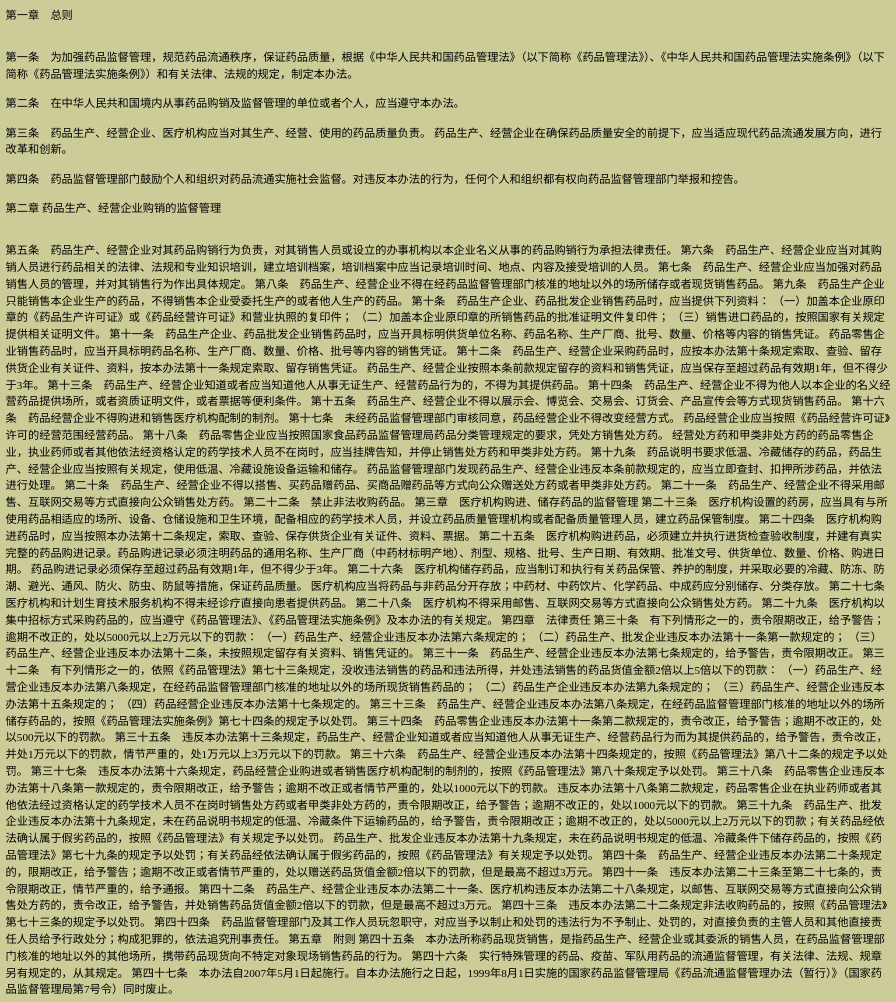
Repository: Shaoxubao/Java
Page: http://localhost/msm/jsp/rule/rules.jsp
The author's editor kept a copy of each file at every save. The page is drawn from the files as they stood at one save, then again after the next save.
The browser window is 1280 px wide. The pictures show the whole page, at 70% of full size.
The page is served by Tomcat 9. Nobody is signed in. The application's start-up code is not run. Other server files are loaded and not shown.

Above is the page before, as saved 2015-06-13 17:52:38.

### msm/WebContent/jsp/rule/rules.jsp
<%@ page language="java" contentType="text/html; charset=UTF-8"
    pageEncoding="UTF-8"%>
<!DOCTYPE html>
<html>
<head>
<meta http-equiv="Content-Type" content="text/html; charset=UTF-8">
<title>Insert title here</title>
</head>
<body bgcolor="#CCCC99">
第一章　总则<br><br><br>

第一条　为加强药品监督管理，规范药品流通秩序，保证药品质量，根据《中华人民共和国药品管理法》（以下简称《药品管理法》）、《中华人民共和国药品管理法实施条例》（以下简称《药品管理法实施条例》）和有关法律、法规的规定，制定本办法。<br><br>
第二条　在中华人民共和国境内从事药品购销及监督管理的单位或者个人，应当遵守本办法。<br><br>
第三条　药品生产、经营企业、医疗机构应当对其生产、经营、使用的药品质量负责。
药品生产、经营企业在确保药品质量安全的前提下，应当适应现代药品流通发展方向，进行改革和创新。<br><br>
第四条　药品监督管理部门鼓励个人和组织对药品流通实施社会监督。对违反本办法的行为，任何个人和组织都有权向药品监督管理部门举报和控告。<br><br>
第二章 药品生产、经营企业购销的监督管理<br><br><br>

第五条　药品生产、经营企业对其药品购销行为负责，对其销售人员或设立的办事机构以本企业名义从事的药品购销行为承担法律责任。
第六条　药品生产、经营企业应当对其购销人员进行药品相关的法律、法规和专业知识培训，建立培训档案，培训档案中应当记录培训时间、地点、内容及接受培训的人员。
第七条　药品生产、经营企业应当加强对药品销售人员的管理，并对其销售行为作出具体规定。
第八条　药品生产、经营企业不得在经药品监督管理部门核准的地址以外的场所储存或者现货销售药品。
第九条　药品生产企业只能销售本企业生产的药品，不得销售本企业受委托生产的或者他人生产的药品。
第十条　药品生产企业、药品批发企业销售药品时，应当提供下列资料：
（一）加盖本企业原印章的《药品生产许可证》或《药品经营许可证》和营业执照的复印件；
（二）加盖本企业原印章的所销售药品的批准证明文件复印件；
（三）销售进口药品的，按照国家有关规定提供相关证明文件。
第十一条　药品生产企业、药品批发企业销售药品时，应当开具标明供货单位名称、药品名称、生产厂商、批号、数量、价格等内容的销售凭证。
药品零售企业销售药品时，应当开具标明药品名称、生产厂商、数量、价格、批号等内容的销售凭证。
第十二条　药品生产、经营企业采购药品时，应按本办法第十条规定索取、查验、留存供货企业有关证件、资料，按本办法第十一条规定索取、留存销售凭证。
药品生产、经营企业按照本条前款规定留存的资料和销售凭证，应当保存至超过药品有效期1年，但不得少于3年。
第十三条　药品生产、经营企业知道或者应当知道他人从事无证生产、经营药品行为的，不得为其提供药品。
第十四条　药品生产、经营企业不得为他人以本企业的名义经营药品提供场所，或者资质证明文件，或者票据等便利条件。
第十五条　药品生产、经营企业不得以展示会、博览会、交易会、订货会、产品宣传会等方式现货销售药品。
第十六条　药品经营企业不得购进和销售医疗机构配制的制剂。
第十七条　未经药品监督管理部门审核同意，药品经营企业不得改变经营方式。
药品经营企业应当按照《药品经营许可证》许可的经营范围经营药品。
第十八条　药品零售企业应当按照国家食品药品监督管理局药品分类管理规定的要求，凭处方销售处方药。
经营处方药和甲类非处方药的药品零售企业，执业药师或者其他依法经资格认定的药学技术人员不在岗时，应当挂牌告知，并停止销售处方药和甲类非处方药。
第十九条　药品说明书要求低温、冷藏储存的药品，药品生产、经营企业应当按照有关规定，使用低温、冷藏设施设备运输和储存。
药品监督管理部门发现药品生产、经营企业违反本条前款规定的，应当立即查封、扣押所涉药品，并依法进行处理。
第二十条　药品生产、经营企业不得以搭售、买药品赠药品、买商品赠药品等方式向公众赠送处方药或者甲类非处方药。
第二十一条　药品生产、经营企业不得采用邮售、互联网交易等方式直接向公众销售处方药。
第二十二条　禁止非法收购药品。
第三章　医疗机构购进、储存药品的监督管理

第二十三条　医疗机构设置的药房，应当具有与所使用药品相适应的场所、设备、仓储设施和卫生环境，配备相应的药学技术人员，并设立药品质量管理机构或者配备质量管理人员，建立药品保管制度。
第二十四条　医疗机构购进药品时，应当按照本办法第十二条规定，索取、查验、保存供货企业有关证件、资料、票据。
第二十五条　医疗机构购进药品，必须建立并执行进货检查验收制度，并建有真实完整的药品购进记录。药品购进记录必须注明药品的通用名称、生产厂商（中药材标明产地）、剂型、规格、批号、生产日期、有效期、批准文号、供货单位、数量、价格、购进日期。
药品购进记录必须保存至超过药品有效期1年，但不得少于3年。
第二十六条　医疗机构储存药品，应当制订和执行有关药品保管、养护的制度，并采取必要的冷藏、防冻、防潮、避光、通风、防火、防虫、防鼠等措施，保证药品质量。
医疗机构应当将药品与非药品分开存放；中药材、中药饮片、化学药品、中成药应分别储存、分类存放。
第二十七条　医疗机构和计划生育技术服务机构不得未经诊疗直接向患者提供药品。
第二十八条　医疗机构不得采用邮售、互联网交易等方式直接向公众销售处方药。
第二十九条　医疗机构以集中招标方式采购药品的，应当遵守《药品管理法》、《药品管理法实施条例》及本办法的有关规定。
第四章　法律责任

第三十条　有下列情形之一的，责令限期改正，给予警告；逾期不改正的，处以5000元以上2万元以下的罚款：
（一）药品生产、经营企业违反本办法第六条规定的；
（二）药品生产、批发企业违反本办法第十一条第一款规定的；
（三）药品生产、经营企业违反本办法第十二条，未按照规定留存有关资料、销售凭证的。
第三十一条　药品生产、经营企业违反本办法第七条规定的，给予警告，责令限期改正。
第三十二条　有下列情形之一的，依照《药品管理法》第七十三条规定，没收违法销售的药品和违法所得，并处违法销售的药品货值金额2倍以上5倍以下的罚款：
（一）药品生产、经营企业违反本办法第八条规定，在经药品监督管理部门核准的地址以外的场所现货销售药品的；
（二）药品生产企业违反本办法第九条规定的；
（三）药品生产、经营企业违反本办法第十五条规定的；
（四）药品经营企业违反本办法第十七条规定的。
第三十三条　药品生产、经营企业违反本办法第八条规定，在经药品监督管理部门核准的地址以外的场所储存药品的，按照《药品管理法实施条例》第七十四条的规定予以处罚。
第三十四条　药品零售企业违反本办法第十一条第二款规定的，责令改正，给予警告；逾期不改正的，处以500元以下的罚款。
第三十五条　违反本办法第十三条规定，药品生产、经营企业知道或者应当知道他人从事无证生产、经营药品行为而为其提供药品的，给予警告，责令改正，并处1万元以下的罚款，情节严重的，处1万元以上3万元以下的罚款。
第三十六条　药品生产、经营企业违反本办法第十四条规定的，按照《药品管理法》第八十二条的规定予以处罚。
第三十七条　违反本办法第十六条规定，药品经营企业购进或者销售医疗机构配制的制剂的，按照《药品管理法》第八十条规定予以处罚。
第三十八条　药品零售企业违反本办法第十八条第一款规定的，责令限期改正，给予警告；逾期不改正或者情节严重的，处以1000元以下的罚款。
违反本办法第十八条第二款规定，药品零售企业在执业药师或者其他依法经过资格认定的药学技术人员不在岗时销售处方药或者甲类非处方药的，责令限期改正，给予警告；逾期不改正的，处以1000元以下的罚款。
第三十九条　药品生产、批发企业违反本办法第十九条规定，未在药品说明书规定的低温、冷藏条件下运输药品的，给予警告，责令限期改正；逾期不改正的，处以5000元以上2万元以下的罚款；有关药品经依法确认属于假劣药品的，按照《药品管理法》有关规定予以处罚。
药品生产、批发企业违反本办法第十九条规定，未在药品说明书规定的低温、冷藏条件下储存药品的，按照《药品管理法》第七十九条的规定予以处罚；有关药品经依法确认属于假劣药品的，按照《药品管理法》有关规定予以处罚。
第四十条　药品生产、经营企业违反本办法第二十条规定的，限期改正，给予警告；逾期不改正或者情节严重的，处以赠送药品货值金额2倍以下的罚款，但是最高不超过3万元。
第四十一条　违反本办法第二十三条至第二十七条的，责令限期改正，情节严重的，给予通报。
第四十二条　药品生产、经营企业违反本办法第二十一条、医疗机构违反本办法第二十八条规定，以邮售、互联网交易等方式直接向公众销售处方药的，责令改正，给予警告，并处销售药品货值金额2倍以下的罚款，但是最高不超过3万元。
第四十三条　违反本办法第二十二条规定非法收购药品的，按照《药品管理法》第七十三条的规定予以处罚。
第四十四条　药品监督管理部门及其工作人员玩忽职守，对应当予以制止和处罚的违法行为不予制止、处罚的，对直接负责的主管人员和其他直接责任人员给予行政处分；构成犯罪的，依法追究刑事责任。
第五章　附则

第四十五条　本办法所称药品现货销售，是指药品生产、经营企业或其委派的销售人员，在药品监督管理部门核准的地址以外的其他场所，携带药品现货向不特定对象现场销售药品的行为。
第四十六条　实行特殊管理的药品、疫苗、军队用药品的流通监督管理，有关法律、法规、规章另有规定的，从其规定。
第四十七条　本办法自2007年5月1日起施行。自本办法施行之日起，1999年8月1日实施的国家药品监督管理局《药品流通监督管理办法（暂行）》（国家药品监督管理局第7号令）同时废止。
</body>
</html>

After the next save:
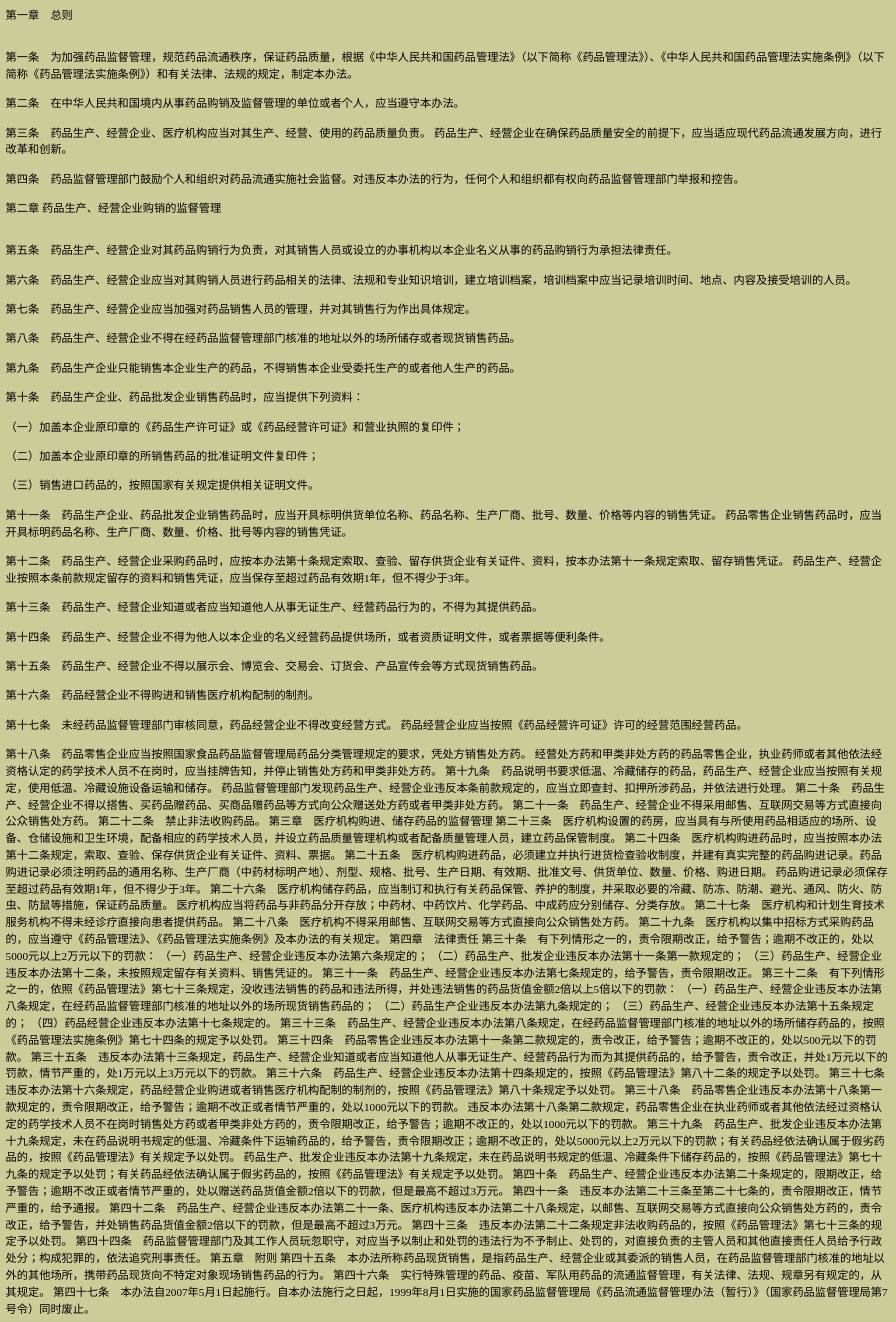
Saved 66 s later.
--- a/msm/WebContent/jsp/rule/rules.jsp
+++ b/msm/WebContent/jsp/rule/rules.jsp
@@ -16,25 +16,25 @@
 第四条　药品监督管理部门鼓励个人和组织对药品流通实施社会监督。对违反本办法的行为，任何个人和组织都有权向药品监督管理部门举报和控告。<br><br>
 第二章 药品生产、经营企业购销的监督管理<br><br><br>
 
-第五条　药品生产、经营企业对其药品购销行为负责，对其销售人员或设立的办事机构以本企业名义从事的药品购销行为承担法律责任。
-第六条　药品生产、经营企业应当对其购销人员进行药品相关的法律、法规和专业知识培训，建立培训档案，培训档案中应当记录培训时间、地点、内容及接受培训的人员。
-第七条　药品生产、经营企业应当加强对药品销售人员的管理，并对其销售行为作出具体规定。
-第八条　药品生产、经营企业不得在经药品监督管理部门核准的地址以外的场所储存或者现货销售药品。
-第九条　药品生产企业只能销售本企业生产的药品，不得销售本企业受委托生产的或者他人生产的药品。
-第十条　药品生产企业、药品批发企业销售药品时，应当提供下列资料：
-（一）加盖本企业原印章的《药品生产许可证》或《药品经营许可证》和营业执照的复印件；
-（二）加盖本企业原印章的所销售药品的批准证明文件复印件；
-（三）销售进口药品的，按照国家有关规定提供相关证明文件。
+第五条　药品生产、经营企业对其药品购销行为负责，对其销售人员或设立的办事机构以本企业名义从事的药品购销行为承担法律责任。<br><br>
+第六条　药品生产、经营企业应当对其购销人员进行药品相关的法律、法规和专业知识培训，建立培训档案，培训档案中应当记录培训时间、地点、内容及接受培训的人员。<br><br>
+第七条　药品生产、经营企业应当加强对药品销售人员的管理，并对其销售行为作出具体规定。<br><br>
+第八条　药品生产、经营企业不得在经药品监督管理部门核准的地址以外的场所储存或者现货销售药品。<br><br>
+第九条　药品生产企业只能销售本企业生产的药品，不得销售本企业受委托生产的或者他人生产的药品。<br><br>
+第十条　药品生产企业、药品批发企业销售药品时，应当提供下列资料：<br><br>
+（一）加盖本企业原印章的《药品生产许可证》或《药品经营许可证》和营业执照的复印件；<br><br>
+（二）加盖本企业原印章的所销售药品的批准证明文件复印件；<br><br>
+（三）销售进口药品的，按照国家有关规定提供相关证明文件。<br><br>
 第十一条　药品生产企业、药品批发企业销售药品时，应当开具标明供货单位名称、药品名称、生产厂商、批号、数量、价格等内容的销售凭证。
-药品零售企业销售药品时，应当开具标明药品名称、生产厂商、数量、价格、批号等内容的销售凭证。
+药品零售企业销售药品时，应当开具标明药品名称、生产厂商、数量、价格、批号等内容的销售凭证。<br><br>
 第十二条　药品生产、经营企业采购药品时，应按本办法第十条规定索取、查验、留存供货企业有关证件、资料，按本办法第十一条规定索取、留存销售凭证。
-药品生产、经营企业按照本条前款规定留存的资料和销售凭证，应当保存至超过药品有效期1年，但不得少于3年。
-第十三条　药品生产、经营企业知道或者应当知道他人从事无证生产、经营药品行为的，不得为其提供药品。
-第十四条　药品生产、经营企业不得为他人以本企业的名义经营药品提供场所，或者资质证明文件，或者票据等便利条件。
-第十五条　药品生产、经营企业不得以展示会、博览会、交易会、订货会、产品宣传会等方式现货销售药品。
-第十六条　药品经营企业不得购进和销售医疗机构配制的制剂。
+药品生产、经营企业按照本条前款规定留存的资料和销售凭证，应当保存至超过药品有效期1年，但不得少于3年。<br><br>
+第十三条　药品生产、经营企业知道或者应当知道他人从事无证生产、经营药品行为的，不得为其提供药品。<br><br>
+第十四条　药品生产、经营企业不得为他人以本企业的名义经营药品提供场所，或者资质证明文件，或者票据等便利条件。<br><br>
+第十五条　药品生产、经营企业不得以展示会、博览会、交易会、订货会、产品宣传会等方式现货销售药品。<br><br>
+第十六条　药品经营企业不得购进和销售医疗机构配制的制剂。<br><br>
 第十七条　未经药品监督管理部门审核同意，药品经营企业不得改变经营方式。
-药品经营企业应当按照《药品经营许可证》许可的经营范围经营药品。
+药品经营企业应当按照《药品经营许可证》许可的经营范围经营药品。<br><br>
 第十八条　药品零售企业应当按照国家食品药品监督管理局药品分类管理规定的要求，凭处方销售处方药。
 经营处方药和甲类非处方药的药品零售企业，执业药师或者其他依法经资格认定的药学技术人员不在岗时，应当挂牌告知，并停止销售处方药和甲类非处方药。
 第十九条　药品说明书要求低温、冷藏储存的药品，药品生产、经营企业应当按照有关规定，使用低温、冷藏设施设备运输和储存。
